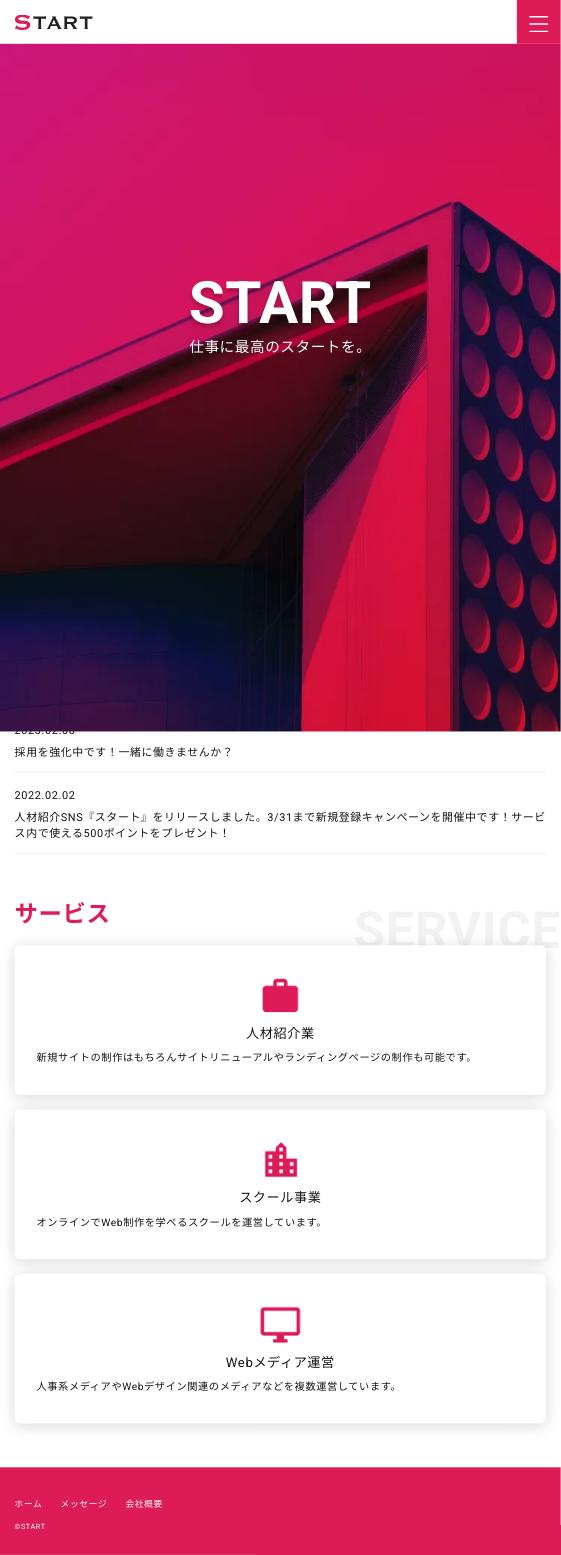
Repository: tetishi/tetishi.github.io
Page: index.html
The author's editor kept a copy of each file at every save. The page is drawn from the files as they stood at one save, then again after a run of saves.
The browser window is 768 px wide. The pictures show the whole page, at 73% of full size.

Above is the page before, as saved 2023-07-16 23:07:06.

### index.html
<!DOCTYPE html>
<html lang="en">
<head>
    <meta charset="UTF-8">
    <meta http-equiv="X-UA-Compatible" content="IE=edge">
    <meta name="viewport" content="width=device-width, initial-scale=1.0">
    <title>Start</title>
    <!-- <link rel="stylesheet" type="text/css" href="http://yui.yahooapis.com/3.18.1/build/cssreset/cssreset-min.css"> -->
    <link rel="preconnect" href="https://fonts.googleapis.com">
    <link rel="preconnect" href="https://fonts.gstatic.com" crossorigin>
    <link href="https://fonts.googleapis.com/css2?family=Noto+Sans+JP:wght@500;700&family=Roboto:wght@400;700&display=swap" rel="stylesheet">
    <link rel="icon" href="img/favicon.ico">
    <link rel="stylesheet" href="./css/reset.css">
    <link rel="stylesheet" href="./css/style.css">
</head>
<body>
    <header class="header">
        <div class="header-inner">
            <h2 class="nav-title">
                <a href="./index.html">
                    <img class="pc" src="img/logo.svg" alt="STARTのロゴ">
                    <img class="sp" src="img/sp_logo.svg" alt="STARTのロゴ">
                </a>
            </h2>
            <nav class="header-nav">
                <ul class="header-list">
                    <li class="header-item">
                        <a href="./index.html" class="text-red">ホーム</a>
                    </li>
                    <li class="header-item">
                        <a href="./message.html">メッセージ</a>
                    </li>
                    <li class="header-item">
                        <a href="./company.html">会社概要</a>
                    </li>
                </ul>
            </nav>
            <div class="hamburger-btn">
                <span class="bar bar_top"></span>
                <span class="bar bar_mid"></span>
                <span class="bar bar_bottom"></span>
            </div>
        </div>
    </header>

    <main>
        <!-- fv -->
        <div class="fv">
            <div class="fv_img">
                <picture>
                    <source srcset="./img/fv.webp" type="image/webp">
                    <img src="./img/fv.jpg" alt="STARTの赤いイメージ背景">
                </picture>
            </div>
            <div class="sp_fv_img">
                <picture>
                    <source srcset="./img/sp_fv.webp" type="image/webp">
                    <img src="./img/sp_fv.jpg" alt="STARTの赤いイメージ背景">
                </picture>
            </div>
            <!-- page-title-wrapper -->
            <div class="page-title-wrapper">
                <h1 class="page-title">START</h1>
                <div class="page-title-bottom">仕事に最高のスタートを。</div>
                <!-- /.page-title-bottom -->
            </div>
        </div>

        <!-- news -->
        <section id="news" class="section-wrapper news-wrapper">
            <div class="section-inner news-inner">
                <h2 class="section-title news-title">
                    ニュース
                </h2>
                <div class="news-container">
                    <ul class="news-list">
                        <li class="news-item">
                            <time datetime="2023.02.10">2023.02.10</time>
                            <a href="#news">コーポレートサイトをリニューアルしました。</a>
                        </li>
                        <li class="news-item">
                            <time datetime="2023.02.08">2023.02.08</time>
                            <a href="#news">採用を強化中です！一緒に働きませんか？</a>
                        </li>
                        <li class="news-item">
                            <time datetime="2022.02.02">2022.02.02</time>
                            <a href="#news">人材紹介SNS『スタート』をリリースしました。3/31まで新規登録キャンペーンを開催中です！サービス内で使える500ポイントをプレゼント！</a>
                        </li>
                    </ul>
                </div>
                <!-- /.news-container -->
            </div>
            <!-- /.section-inner -->
        </section>

        <!-- service -->
        <section id="service" class="section-wrapper service-wrapper">
            <div class="section-inner">
                <h2 class="section-title text-right text-white">サービス</h2>
                <h2 class="upper-text text-white">SERVICE</h2>
                <ul class="service-list">
                    <li class="service-item">
                            <picture>
                                <source srcset="./img/bag.webp" type="image/webp">
                                <img src="./img/bag.png" alt="手提げ鞄">
                            </picture>
                            <h3 class="service-item-title">人材紹介業</h3>
                            <p class="service-item-text">
                                新規サイトの制作はもちろんサイトリニューアルやランディングページの制作も可能です。
                            </p>
                    </li>
                    <li class="service-item">
                            <picture>
                                <source srcset="./img/school.webp" type="image/webp">
                                <img src="./img/school.png" alt="スクール">
                            </picture>
                            <h3 class="service-item-title">スクール事業</h3>
                            <p class="service-item-text">
                                オンラインでWeb制作を学べるスクールを運営しています。
                            </p>
                    </li>
                    <li class="service-item">
                            <picture>
                                <source srcset="./img/web.webp" type="image/webp">
                                <img src="./img/web.png" alt="モニター">
                            </picture>
                            <h3 class="service-item-title">Webメディア運営</h3>
                            <p class="service-item-text">
                                人事系メディアやWebデザイン関連のメディアなどを複数運営しています。
                            </p>
                    </li>
                </ul>
            </div>
            <!-- /.section-inner -->
        </section>

    </main>


    <footer class="footer">
        <div class="section-inner">
            <nav class="footer-nav">
                <ul class="footer-nav-list">
                    <li class="footer-nav-item"><a href="./index.html">ホーム</a></li>
                    <li class="footer-nav-item"><a href="./message.html">メッセージ</a></li>
                    <li class="footer-nav-item"><a href="./company.html">会社概要</a></li>
                </ul>
            </nav>
            <small>&copy;START</small>
        </div>
    </footer>

    <script src="https://ajax.googleapis.com/ajax/libs/jquery/3.6.0/jquery.min.js"></script>
    <script src="js/script.js"></script>
</body>
</html>

### css/reset.css
/*
html5doctor.com Reset Stylesheet
v1.6.1
Last Updated: 2010-09-17
Author: Richard Clark - http://richclarkdesign.com
Twitter: @rich_clark
*/

* {
    box-sizing: border-box;
}

html,
body,
div,
span,
object,
iframe,
h1,
h2,
h3,
h4,
h5,
h6,
p,
blockquote,
pre,
abbr,
address,
cite,
code,
del,
dfn,
em,
img,
ins,
kbd,
q,
samp,
small,
strong,
sub,
sup,
var,
b,
i,
dl,
dt,
dd,
ol,
ul,
li,
fieldset,
form,
label,
legend,
table,
caption,
tbody,
tfoot,
thead,
tr,
th,
td,
article,
aside,
canvas,
details,
figcaption,
figure,
footer,
header,
hgroup,
menu,
nav,
section,
summary,
time,
mark,
ruby,
audio,
video {
    margin: 0;
    padding: 0;
    border: 0;
    outline: 0;
    font-size: 100%;
    vertical-align: baseline;
    background: transparent;
}

body {
    line-height: 1.5;
}

img {
    width: 100%;
    height: auto;
    object-fit: cover;
}

button {
    background-color: transparent;
    border: none;
    cursor: pointer;
    outline: none;
    padding: 0;
    appearance: none;
}

article,
aside,
details,
figcaption,
figure,
footer,
header,
hgroup,
menu,
nav,
section {
    display: block;
}

nav ul {
    list-style: none;
}

li {
    list-style: none;
}

a {
    margin: 0;
    padding: 0;
    font-size: 100%;
    vertical-align: baseline;
    background: transparent;
}

input,
select {
    vertical-align: middle;
}

/*end reset css*/

### css/style.css
/* base */

html {
    font-size: 62.5%;
}
body {
    font-size: 1.6rem;
    letter-spacing: .05em;
    color: #151515;
    font-family: "Roboto", "Noto Sans JP", Arial, "Hiragino Kaku Gothic ProN", "Hiragino Sans", Meiryo, sans-serif;
}
img {
    vertical-align: bottom;
}
.section-inner {
    max-width: 1110px;
    margin: 0 auto;
    padding: 0 20px;
}
.section-title {
    font-size: 4rem;
    color: #DD1B57;
    margin-bottom: 49px;
    /* width: 25%; */
    white-space: nowrap;
}
a {
    color: inherit;
    text-decoration: none;
}
.text-red {
    color: #DD1B57;
}
.pc {
    display: block;
}
.sp {
    display: none;
}

/* header */
.header {
    padding: 30px 70px;
    width: 100%;
}

.header a {
    text-decoration: none;
}
.header-inner {
    display: flex;
    justify-content: space-between;
    align-items: center;
}
.header-list {
    display: flex;
}
.header-item {
    margin-right: 30px;
}
.header-item:last-of-type {
    margin-right: 0;
}
.hamburger-btn {
    display: none;
}

/* fv */
.fv {
    min-height: 550px;
    position: relative;
}
.fv img {
    min-height: 550px;
    object-fit: cover;
}
.sp_fv_img {
    display: none;
}
.page-title-wrapper {
    position: absolute;
    left: 50%;
    top: 50%;
    color: #fff;
    transform: translate(-50%,-50%);
    line-height: 1;
}
.page-title {
    font-size: 16rem;
    font-weight: bold;
    margin-bottom: 10px;
    text-shadow: 0 4px 6px rgb(0 0 0 / 25%);
}
.page-title-bottom {
    font-size: 24px;
    text-align: center;
}

/* news */
.news-wrapper {
    margin: 64px 0 74px 0;
}
.news-inner {
    display: flex;
    column-gap: 88px;
}
.news-item {
    padding: 15px 0 16px 0;
    border-bottom: 1px solid #E8E8E8;
    display: flex;
    font-size: 1.5rem;
}
.news-item:first-of-type {
    padding: 0 0 16px 0;
}
.news-item a {
    margin-left: 40px;
}

/* service */
.service-wrapper {
    margin-bottom: 100px;
}
.service-wrapper .section-inner {
    position: relative;
}
.upper-text {
    position: absolute;
    right: 0px;
    top: -69px;
    font-size: 16.8rem;
    font-weight: bold;
    margin: 0 auto;
    opacity: .05;
    z-index: 0;
}
.service-list {
    display: flex;
    justify-content: space-between;
    position: relative;
    z-index: 1;
}
.service-item {
    width: 32%;
    background-color: #fff;
    box-shadow: 0 3px 21px rgba(0, 0, 0, .16);
    border-radius: 8px;
}
.service-item img {
    width: 48px;
    display: block;
    margin: 0 auto;
    padding-top: 50px;
}
.service-item-title {
    text-align: center;
    font-size: 1.8rem;
    font-weight: normal;
    margin-top: 5px;
}
.service-item-text {
    padding: 15px 50px 50px 50px;
    font-size: 1.4rem;
}

/* footer */
.footer {
    background-color: #DD1B57;
    color: #fff;
    height: 164px;
}
.footer-nav-list {
    display: flex;
    font-size: 1.4rem;
    padding: 61px 0 9px;
}
.footer-nav-item {
    margin-right: 40px;
}
small {
    font-size: 1.2rem;
    margin-bottom: 50px;
}

@media screen and (max-width: 768px) {
    /* base_sp */
    .section-inner {
        padding: 0 20px;
    }
    .section-title {
        font-size: 3.2rem;
        margin-bottom: 19px;
        width: 100%;
    }
    .pc {
        display: none;
    }
    .sp {
        display: block;
    }

    /* header_sp */
    .header {
        padding: 0;
        z-index: 1;
        position: relative;
    }
    .header-inner {
        height: 60px;
    }
    .nav-title {
        padding: 0 0 0 20px;
    }
    .header-nav {
        display: none;
        position: fixed;
        top: 0;
        right: 0;
        width: 50%;
        height: 100vh;
        background-color: #DD1B57;
    }
    .header-list {
        height: 100%;
        flex-direction: column;
        padding: 96px 0 0 40px;
    }
    .text-red {
        color: #fff;
        opacity: .5;
    }
    .header-item {
        margin: 0 0 27px;
        color: #fff;
    }
    .header-item:last-of-type {
        margin-bottom: 0;
    }
    .hamburger-btn {
        display: block;
        background-color: #DD1B57;
        padding: 22px 17px 0;
        width: 60px;
        height: 60px;
    }
    .hamburger-btn .bar {
        display: block;
        width: 26px;
        height: 2px;
        background-color: #fff;
        transition: .3s;
        border-radius: 4px;
    }
    .bar_mid,
    .bar_bottom {
        margin-top: 8px;
    }
    .hamburger-btn.cross .bar_top {
        transform: rotate(45deg) translate(7px, 7px);
        transition: .3s;
    }
    .hamburger-btn.cross .bar_middle {
        opacity: 0;
        transition: .3s;
    }
    .hamburger-btn.cross .bar_bottom {
        transform: rotate(-45deg) translate(7px, -7px);
        transition: .3s;
    }
    body.noscroll {
        overflow: hidden;
    }

    /* fv_sp */
    .fv {
        height: calc(100vh - 60px);
    }
    .fv img {
            /* height: calc(100vh - 60px); */

    }
    .fv_img {
        display: none;
    }
    .sp_fv_img {
        display: block;
    }
    .page-title {
        font-size: 8rem;
        font-weight: bold;
    }
    .page-title-bottom {
        font-size: 2rem;
    }

    /* news_sp */
    .news-wrapper {
        margin: 33px 0 58px 0;
    }
    .news-inner {
        display: block;
    }
    .news-item {
        flex-flow: column;
        padding: 20px 0 16px 0;
    }
    .news-item:first-child {
        padding: 0 0 16px 0;
    }
    .news-item a {
        margin-left: 0px;
        margin-top: 7px;
    }

    /* service_sp */
    .service-wrapper {
        margin-bottom: 60px;
    }
    .upper-text {
        right: 0px;
        top: -5px;
        font-size: 7rem;
    }
    .service-list {
        display: block;
    }
    .service-item {
        width: 100%;
        margin-bottom: 20px;
    }
    .service-item img {
        width: 60px;
        padding-top: 40px;
    }
    .service-item-title {
        margin-top: 7px;
    }
    .service-item-text {
        padding: 10px 30px 40px 30px;
    }

    /* footer_sp */
    .footer {
        height: 120px;
    }
    .footer-nav-list {
        font-size: 1.2rem;
        padding: 41px 0 9px;
    }
    .footer-nav-item {
        margin-right: 25px;
    }
    small {
        font-size: 1rem;
        margin-bottom: 29px;
    }
}

### js/script.js
//ハンバーガーボタン
$('.hamburger-btn').on('click', function() {
    $('.header-nav').fadeToggle(300);
    $(this).toggleClass('cross');
    $('body').toggleClass('noscroll');
});

After the next 5 saves:
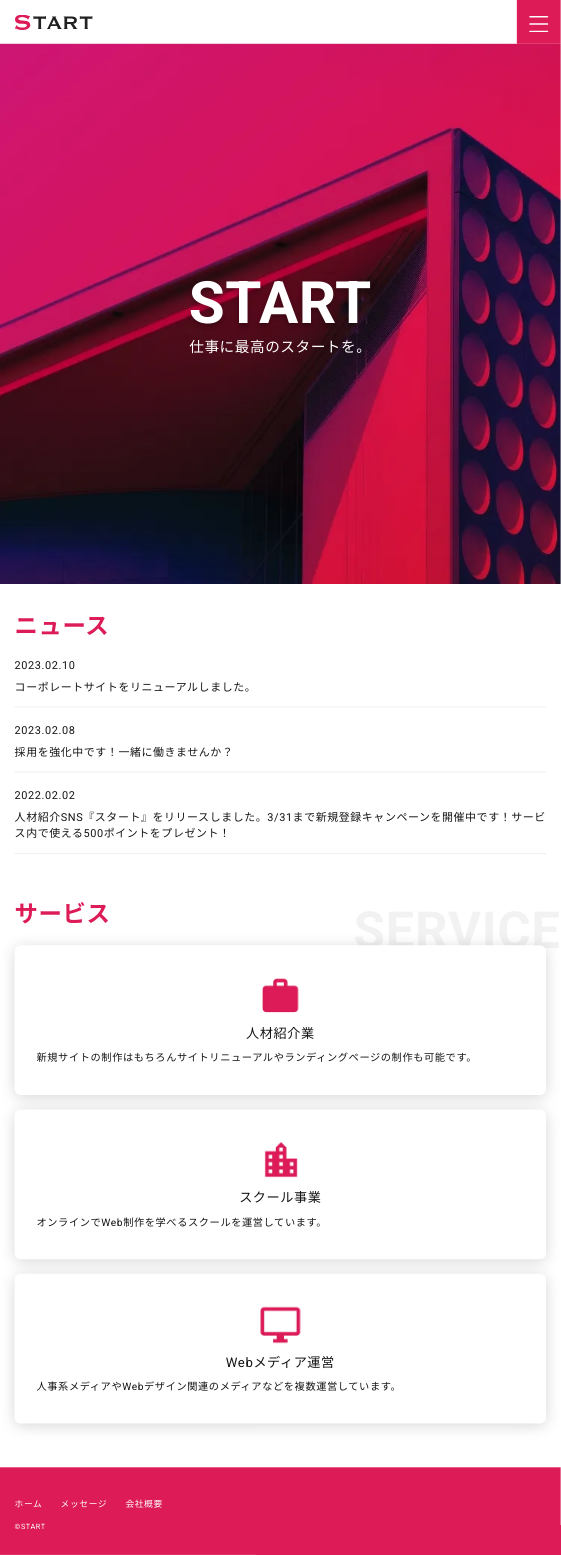
The 5 saves are shown as one change because they came seconds apart.
The last was saved 13 s later.
--- a/css/style.css
+++ b/css/style.css
@@ -276,8 +276,7 @@ small {
         height: calc(100vh - 60px);
     }
     .fv img {
-            /* height: calc(100vh - 60px); */
-
+        height: calc(100vh - 60px);
     }
     .fv_img {
         display: none;
